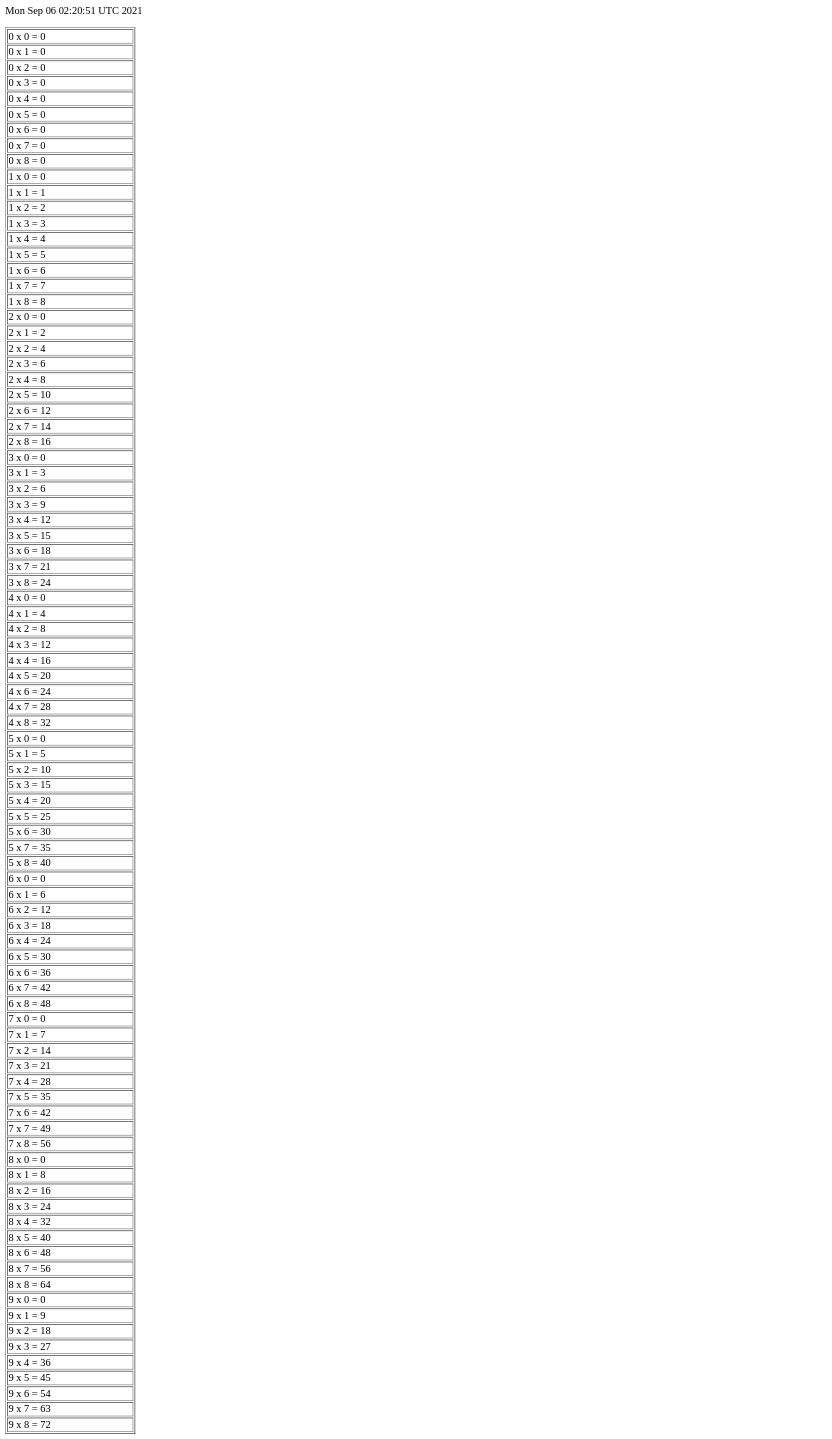
Repository: soobin10236/Class
Page: http://localhost/Web10/
The author's editor kept a copy of each file at every save. The page is drawn from the files as they stood at one save, then again after the next save.
The browser window is 1280 px wide. The pictures show the whole page, at 65% of full size.
The page is served by Tomcat 9. Other server files are loaded and not shown.

Above is the page before, as saved 2021-09-08 02:53:37.

### Web10/src/main/webapp/index.jsp

<%@page import="java.util.Date"%>
<%@ page language="java" contentType="text/html; charset=EUC-KR"
	pageEncoding="EUC-KR"%>
<!DOCTYPE html>
<html>
<head>
<meta charset="EUC-KR">
<title>Insert title here</title>
</head>

<body>
	<%--

	<!-- ex) -->

	<% Date date = new Date(); %>
	<%= date %><br/>

	--%>

	<!-- ex9) 구구단 -->

	<% Date date = new Date(); %>
	<%= date %><p>
	<table border="1" width="200">
	<%
	int sum = 0;
	for(int i=0;i<10;i++){
		for(int j=0;j<9;j++){
	%>
		<tr>
			<td><%=i%> x <%=j %> = <%= i*j %></td>
		</tr>
	<%
		}
	} %>
	</table>
	<%-- <!-- ex8) html tag-->
	<% Date date = new Date(); %>
	<%= date %><br/>
	<button>호랑이</button>
	<hr/>
	<button>호랑이</button><p>
	<input type="text" value="초기값"/><br/>
	<input type="submit" value="submit"/><br/>
	<p>
	<select name ="color">
		<option value="red" selected>Red</option>
		<option value="blue">Blue</option>
		<option value="green">Green</option>
	</select> --%>

	<%-- <!-- ex7) JSP for문-->
	<body bgcolor = <%="green" %>>
	<% Date date = new Date(); %>
	<%= date %>

	<%
		String[] name = {"호랑이","독수리","원숭이","코끼리"};
	%>

	<table border="1" width="200">
	<%for(int i = 0; i < name.length; i++){ %>
		<tr>
			<%
				int temp = i * 10;
			%>
			<td><%=temp %></td>
			<td><%=name[i] %></td>
		</tr>
	<%} %>
	</table> --%>

	<%-- <!-- ex6) 테이블 출력 -->
	<% Date date = new Date(); %>
	<%= date %>
	<table border="1" width="200">
		<tr>
			<td><%=1 %></td>
			<td><%="호랑이" %></td>
		</tr>
		<tr>
			<td><%=2 %></td>
			<td><%="코끼리" %></td>
		</tr>
		<tr>
			<td><%=3 %></td>
			<td><%="독수리" %></td>
		</tr>
	</table> --%>


	<%-- <!-- ex5) import -->
	<% //java.util.Date date = new java.util.Date(); %>

	<%//@ page import = "java.util.*" %>
	<% Date date = new Date(); %>
	<%= date %> --%>


	<%-- <!-- ex4) JSP 선언문(함수작성) -->
	<h1>호랑이</h1>
	<%!
		void f1(javax.servlet.jsp.JspWriter out){
			try{
			out.print("method call");
			} catch(Exception e){
				e.printStackTrace();
			}
		}

		int f2(){
			return 999;
		}
	%>
	<%
		f1(out);

	// 표현식에는 ; 들어가면 안됨!
	%>
	<br/>
	<%=f2() %> --%>


	<%-- <!-- ex3) JSP 표현식 -->
	<h1>호랑이</h1>
	<%
		int num = 0;
		String s = "호랑이";
	%>
	출력 1 : <%=num %><br/>
	출력 2 : <%=s %><br/>	 --%>

	<%-- <!-- ex2) JSP 출력-->
	<h1>호랑이</h1>
	<%
		int num = 0;
		String s = "호랑이";
		out.println(num + "<br/>");
		out.println(s);
	%> --%>




	<%-- <!-- ex1) JSP 기초 4가지 -->
	1번 스크립트 릿 -> 자바코드 작성
	<% %>

	2번 표현식 -> 웹페이지에 출력 용도
	<%= %>

	3번 선언문(함수 작성) -> 잘 쓰이지 않는다.
	<%! %>

	4번 주석 잡기 <%-- -->
	자바코드 안에서는 자바에서 처럼 주석 잡으면 됨 --%>

</body>

</html>

After the next save:
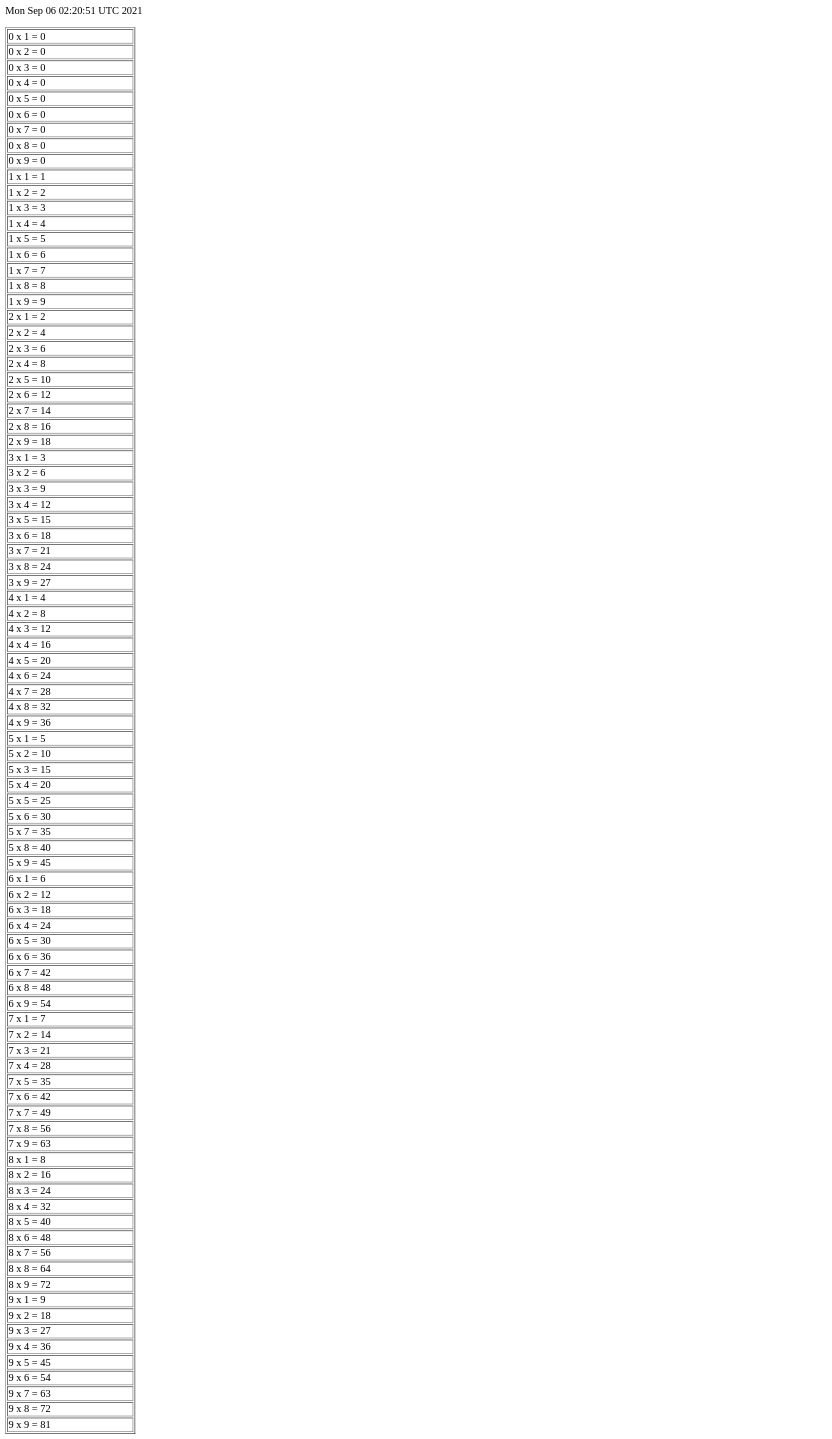
Saved 10 s later.
--- a/Web10/src/main/webapp/index.jsp
+++ b/Web10/src/main/webapp/index.jsp
@@ -27,7 +27,7 @@
 	<%
 	int sum = 0;
 	for(int i=0;i<10;i++){
-		for(int j=0;j<9;j++){
+		for(int j=1;j<=9;j++){
 	%>
 		<tr>
 			<td><%=i%> x <%=j %> = <%= i*j %></td>
